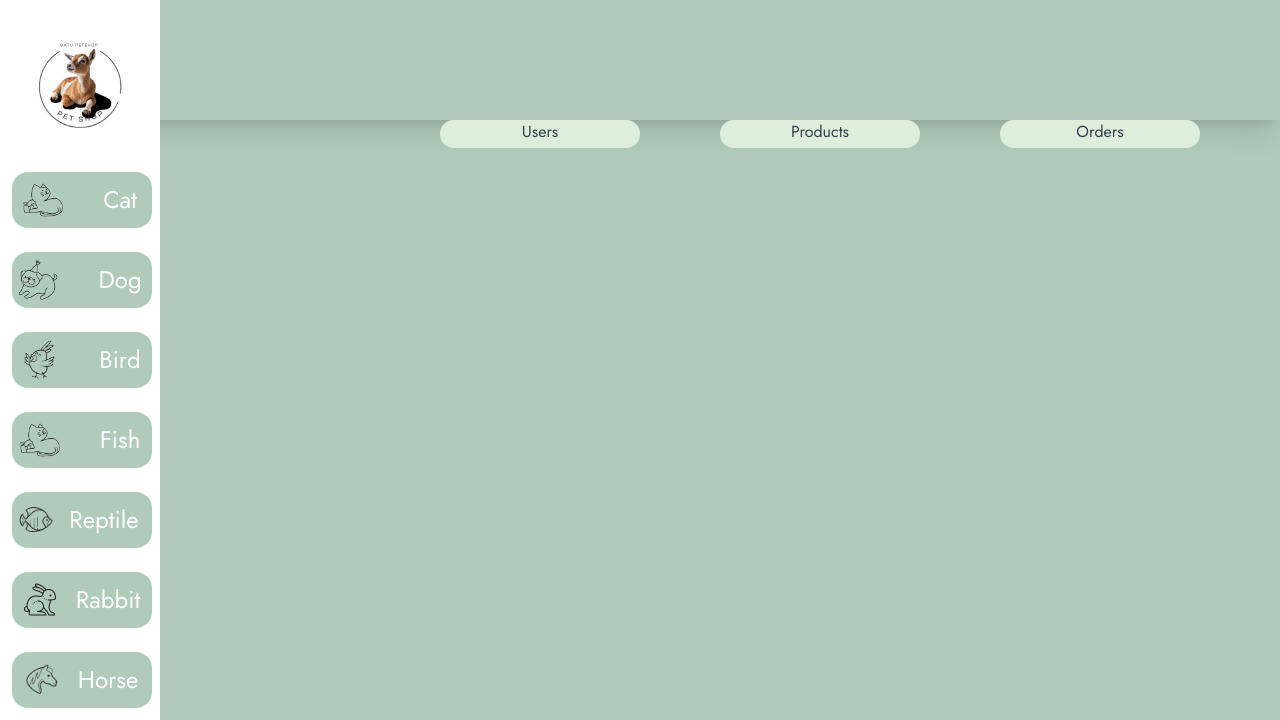
Repository: batu-call/batu-petshop
Page: /main (app in petshopp-appAdmin/admin/)
The author's editor kept a copy of each file at every save. The page is drawn from the files as they stood at one save, then again after the next save.
The browser window is 1280 px wide. The pictures show the whole page.
The project was rebuilt for these pictures with package versions that can differ from the ones it lists, and the page was loaded fresh each time. The framework's server and built-in components were replaced by stand-ins that run in the browser. Also part of the build but not shown: petshopp-appAdmin/admin/next.config.ts.

Above is the page before, as saved 2025-09-20 00:22:38.

### petshopp-appAdmin/admin/src/app/layout.tsx
import type { Metadata } from "next";
import { Jost } from 'next/font/google';
import "./globals.css";

const jost = Jost({
  subsets: ['latin'],
  weight: ['400', '500', '700'],
});


export const metadata: Metadata = {
  title: "Batu Petshop AdminPanel",
  description: "Generated by create next app",
   icons: {
    icon: '/favicon.ico',
  },
};

export default function RootLayout({
  children,
}: Readonly<{
  children: React.ReactNode;
}>) {
  return (
    <html lang="en">
      <body
        className={`antialiased ${jost.className}`}
      >
        {children}
      </body>
    </html>
  );
}

### petshopp-appAdmin/admin/src/app/main/layout.tsx
import Main from "./controller/Main"

export default function MainLayout({ children }: { children: React.ReactNode }) {
  return <Main>{children}</Main>
}

### petshopp-appAdmin/admin/src/app/main/page.tsx
import React from 'react'
import Main from './controller/Main'


const page = () => {
  return (
    <div>
        <Main />
    </div>
  )
}

export default page

### petshopp-appAdmin/admin/src/app/globals.css
@import "tailwindcss";
@import "tw-animate-css";

@custom-variant dark (&:is(.dark *));

@layer utilities {
  .bg-primary {
    background-color: #B1CBBB;
  }
  .bg-secondary {
    background-color: #DDEEDD;
  }
  .bg-secondary_20 {
    background-color: rgba(221, 238, 221, 0.2);
  }
  .text-jost {
    font-family: 'Jost',sans-serif;
  }
  .text-color {
    color: #393E46;
  }
  .text-color2 {
    color: #B1CBBB;
  }
}

body {
  font-family: 'Jost', Arial, Helvetica, sans-serif
}

@theme inline {
  --radius-sm: calc(var(--radius) - 4px);
  --radius-md: calc(var(--radius) - 2px);
  --radius-lg: var(--radius);
  --radius-xl: calc(var(--radius) + 4px);
  --color-background: var(--background);
  --color-foreground: var(--foreground);
  --color-card: var(--card);
  --color-card-foreground: var(--card-foreground);
  --color-popover: var(--popover);
  --color-popover-foreground: var(--popover-foreground);
  --color-primary: var(--primary);
  --color-primary-foreground: var(--primary-foreground);
  --color-secondary: var(--secondary);
  --color-secondary-foreground: var(--secondary-foreground);
  --color-muted: var(--muted);
  --color-muted-foreground: var(--muted-foreground);
  --color-accent: var(--accent);
  --color-accent-foreground: var(--accent-foreground);
  --color-destructive: var(--destructive);
  --color-border: var(--border);
  --color-input: var(--input);
  --color-ring: var(--ring);
  --color-chart-1: var(--chart-1);
  --color-chart-2: var(--chart-2);
  --color-chart-3: var(--chart-3);
  --color-chart-4: var(--chart-4);
  --color-chart-5: var(--chart-5);
  --color-sidebar: var(--sidebar);
  --color-sidebar-foreground: var(--sidebar-foreground);
  --color-sidebar-primary: var(--sidebar-primary);
  --color-sidebar-primary-foreground: var(--sidebar-primary-foreground);
  --color-sidebar-accent: var(--sidebar-accent);
  --color-sidebar-accent-foreground: var(--sidebar-accent-foreground);
  --color-sidebar-border: var(--sidebar-border);
  --color-sidebar-ring: var(--sidebar-ring);
}

:root {
  --radius: 0.625rem;
  --background: oklch(1 0 0);
  --foreground: oklch(0.145 0 0);
  --card: oklch(1 0 0);
  --card-foreground: oklch(0.145 0 0);
  --popover: oklch(1 0 0);
  --popover-foreground: oklch(0.145 0 0);
  --primary: oklch(0.205 0 0);
  --primary-foreground: oklch(0.985 0 0);
  --secondary: oklch(0.97 0 0);
  --secondary-foreground: oklch(0.205 0 0);
  --muted: oklch(0.97 0 0);
  --muted-foreground: oklch(0.556 0 0);
  --accent: oklch(0.97 0 0);
  --accent-foreground: oklch(0.205 0 0);
  --destructive: oklch(0.577 0.245 27.325);
  --border: oklch(0.922 0 0);
  --input: oklch(0.922 0 0);
  --ring: oklch(0.708 0 0);
  --chart-1: oklch(0.646 0.222 41.116);
  --chart-2: oklch(0.6 0.118 184.704);
  --chart-3: oklch(0.398 0.07 227.392);
  --chart-4: oklch(0.828 0.189 84.429);
  --chart-5: oklch(0.769 0.188 70.08);
  --sidebar: oklch(0.985 0 0);
  --sidebar-foreground: oklch(0.145 0 0);
  --sidebar-primary: oklch(0.205 0 0);
  --sidebar-primary-foreground: oklch(0.985 0 0);
  --sidebar-accent: oklch(0.97 0 0);
  --sidebar-accent-foreground: oklch(0.205 0 0);
  --sidebar-border: oklch(0.922 0 0);
  --sidebar-ring: oklch(0.708 0 0);
}

.dark {
  --background: oklch(0.145 0 0);
  --foreground: oklch(0.985 0 0);
  --card: oklch(0.205 0 0);
  --card-foreground: oklch(0.985 0 0);
  --popover: oklch(0.205 0 0);
  --popover-foreground: oklch(0.985 0 0);
  --primary: oklch(0.922 0 0);
  --primary-foreground: oklch(0.205 0 0);
  --secondary: oklch(0.269 0 0);
  --secondary-foreground: oklch(0.985 0 0);
  --muted: oklch(0.269 0 0);
  --muted-foreground: oklch(0.708 0 0);
  --accent: oklch(0.269 0 0);
  --accent-foreground: oklch(0.985 0 0);
  --destructive: oklch(0.704 0.191 22.216);
  --border: oklch(1 0 0 / 10%);
  --input: oklch(1 0 0 / 15%);
  --ring: oklch(0.556 0 0);
  --chart-1: oklch(0.488 0.243 264.376);
  --chart-2: oklch(0.696 0.17 162.48);
  --chart-3: oklch(0.769 0.188 70.08);
  --chart-4: oklch(0.627 0.265 303.9);
  --chart-5: oklch(0.645 0.246 16.439);
  --sidebar: oklch(0.205 0 0);
  --sidebar-foreground: oklch(0.985 0 0);
  --sidebar-primary: oklch(0.488 0.243 264.376);
  --sidebar-primary-foreground: oklch(0.985 0 0);
  --sidebar-accent: oklch(0.269 0 0);
  --sidebar-accent-foreground: oklch(0.985 0 0);
  --sidebar-border: oklch(1 0 0 / 10%);
  --sidebar-ring: oklch(0.556 0 0);
}

@layer base {
  * {
    @apply border-border outline-ring/50;
  }
  body {
    @apply bg-background text-foreground;
  }
}

### petshopp-appAdmin/admin/src/app/main/controller/Main.tsx
import React from 'react'
import Navbar from '../../Navbar/page'
import Sidebar from '../../Sidebar/page'



const Main = () => {
  return (
    <div className='w-full h-screen bg-primary'>
      {/* Navbar */}
      <Navbar />
      {/* Catgeory */}
      <Sidebar />
    </div>
  )
}

export default Main

### petshopp-appAdmin/admin/src/app/Navbar/page.tsx
import React from 'react'
import Link from 'next/link'
import Image from 'next/image'
import { Button } from "@/components/ui/button"



const page = () => {
  return (
    <div>
        <Link href={"/main"}>
      <div className='w-full h-30 bg-primary shadow-xl'>
        <div className='ml-12'>
        <Button className='absolute'>Button</Button>
      </div>
      <div className='fixed'>
        <Image  src={"/logo.png"} alt='main-icon' width={500} height={500} className='flex justify-center items-center w-40 h-40'/>
      </div>
      </div>
      </Link>
      <div className='flex gap-20 items-center justify-center absolute right-20'>
        <div className='w-50 h-7 rounded-xl bg-secondary'>
        <h3 className='items-center flex justify-center text-color text-jost'>Users</h3>
        </div>
        <div className='w-50 h-7 rounded-xl bg-secondary'>
        <h3 className='items-center flex justify-center text-color text-jost'>Products</h3>
        </div>
        <div className='w-50 h-7 rounded-xl bg-secondary'>
        <h3 className='items-center flex justify-center text-color text-jost'>Orders</h3>
        </div>
      </div>
    </div>
  )
}

export default page

### petshopp-appAdmin/admin/src/app/Sidebar/page.tsx
import React from 'react'
import Link from 'next/link'
import Image from 'next/image'

const page = () => {
  return (
    <div>
        <div className='w-40 h-screen bg-white fixed mt-7'>
        {/* Cat */}
        <Link href={"/Cat"}>
      <div className='bg-primary inline-block p-2 items-center mt-6 ml-3 rounded-2xl w-35'>
        <div className='flex gap-9 items-center justify-center'>
       <Image src="/cat_7721779.png" alt='cat-image'
       height={40}
       width={40}
       />
       <h2 className='text-2xl text-jost text-white p-1'>Cat</h2>
      </div>
      </div>
      </Link>
      {/* Dog */}
         <Link href={"/Dog"}>
       <div className='bg-primary inline-block p-2 items-center mt-6 ml-3 rounded-2xl w-35'>
        <div className='flex gap-9 items-center justify-center'>
       <Image src="/dog.png" alt='cat-image'
       height={40}
       width={40}
       />
       <h2 className='text-2xl text-jost text-white p-1'>Dog</h2>
      </div>
      </div>
      </Link>
      {/* BİRD */}
         <Link href={"/Bird"}>
       <div className='bg-primary inline-block p-2 items-center mt-6 ml-3 rounded-2xl w-35'>
        <div className='flex gap-9 items-center justify-center'>
       <Image src="/bird.png" alt='cat-image'
       height={40}
       width={40}
       />
       <h2 className='text-2xl text-jost text-white p-1'>Bird</h2>
      </div>
      </div>
      </Link>
      {/* FİSH */}
         <Link href={"/Fish"}>
       <div className='bg-primary inline-block p-2 items-center mt-6 ml-3 rounded-2xl w-35'>
        <div className='flex gap-9 items-center justify-center'>
       <Image src="/cat_7721779.png" alt='cat-image'
       height={40}
       width={40}
       />
       <h2 className='text-2xl text-jost text-white p-1'>Fish</h2>
      </div>
      </div>
      </Link>
      {/* Reptile */}
         <Link href={"/Reptile"}>
       <div className='bg-primary inline-block p-2 items-center mt-6 ml-3 rounded-2xl w-35'>
        <div className='flex gap-3 items-center justify-center'>
       <Image src="/fish.png" alt='cat-image'
       height={40}
       width={40}
       />
       <h2 className='text-2xl text-jost text-white mr-2'>Reptile</h2>
      </div>
      </div>
      </Link>
      {/* Rabbit */}
         <Link href={"/Rabbit"}>
       <div className='bg-primary inline-block p-2 items-center mt-6 ml-3 rounded-2xl w-35'>
        <div className='flex gap-3 items-center justify-center'>
       <Image src="/rabbit2.png" alt='cat-image'
       height={40}
       width={40}
       />
       <h2 className='text-2xl text-jost text-white p-1'>Rabbit</h2>
      </div>
      </div>
      </Link>
      {/* Horse */}
         <Link href={"/Horse"}>
       <div className='bg-primary inline-block p-2 items-center mt-6 ml-3 rounded-2xl w-35'>
        <div className='flex gap-3 items-center justify-center'>
       <Image src="/horse.png" alt='cat-image'
       height={40}
       width={40}
       />
       <h2 className='text-2xl text-jost text-white p-1'>Horse</h2>
      </div>
      </div>
      </Link>
      {/* Contact */}
         <Link href={"/Contact"}>
       <div className='bg-primary inline-block p-2 items-center mt-6 ml-3 rounded-2xl w-35'>
        <div className='flex gap-3 items-center justify-center'>
       <h2 className='text-2xl text-jost text-white p-1'>Contact</h2>
      </div>
      </div>
      </Link>
      {/* +category */}
       <div className='bg-primary inline-block p-2 items-center mt-6 ml-3 rounded-2xl w-35'>
        <div className='flex gap-3 items-center justify-center'>
       <h2 className='text-2xl text-jost text-white p-1'>+category</h2>
      </div>
      </div>
    </div>
    </div>
  )
}

export default page

### petshopp-appAdmin/admin/src/components/ui/button.tsx
import * as React from "react"
import { Slot } from "@radix-ui/react-slot"
import { cva, type VariantProps } from "class-variance-authority"

import { cn } from "@/lib/utils"

const buttonVariants = cva(
  "inline-flex items-center justify-center gap-2 whitespace-nowrap rounded-md text-sm font-medium transition-all disabled:pointer-events-none disabled:opacity-50 [&_svg]:pointer-events-none [&_svg:not([class*='size-'])]:size-4 shrink-0 [&_svg]:shrink-0 outline-none focus-visible:border-ring focus-visible:ring-ring/50 focus-visible:ring-[3px] aria-invalid:ring-destructive/20 dark:aria-invalid:ring-destructive/40 aria-invalid:border-destructive",
  {
    variants: {
      variant: {
        default: "bg-primary text-primary-foreground hover:bg-primary/90",
        destructive:
          "bg-destructive text-white hover:bg-destructive/90 focus-visible:ring-destructive/20 dark:focus-visible:ring-destructive/40 dark:bg-destructive/60",
        outline:
          "border bg-background shadow-xs hover:bg-accent hover:text-accent-foreground dark:bg-input/30 dark:border-input dark:hover:bg-input/50",
        secondary:
          "bg-secondary text-secondary-foreground hover:bg-secondary/80",
        ghost:
          "hover:bg-accent hover:text-accent-foreground dark:hover:bg-accent/50",
        link: "text-primary underline-offset-4 hover:underline",
      },
      size: {
        default: "h-9 px-4 py-2 has-[>svg]:px-3",
        sm: "h-8 rounded-md gap-1.5 px-3 has-[>svg]:px-2.5",
        lg: "h-10 rounded-md px-6 has-[>svg]:px-4",
        icon: "size-9",
      },
    },
    defaultVariants: {
      variant: "default",
      size: "default",
    },
  }
)

function Button({
  className,
  variant,
  size,
  asChild = false,
  ...props
}: React.ComponentProps<"button"> &
  VariantProps<typeof buttonVariants> & {
    asChild?: boolean
  }) {
  const Comp = asChild ? Slot : "button"

  return (
    <Comp
      data-slot="button"
      className={cn(buttonVariants({ variant, size, className }))}
      {...props}
    />
  )
}

export { Button, buttonVariants }

Loaded but not shown: petshopp-appAdmin/admin/src/lib/utils.ts (common file)

After the next save:
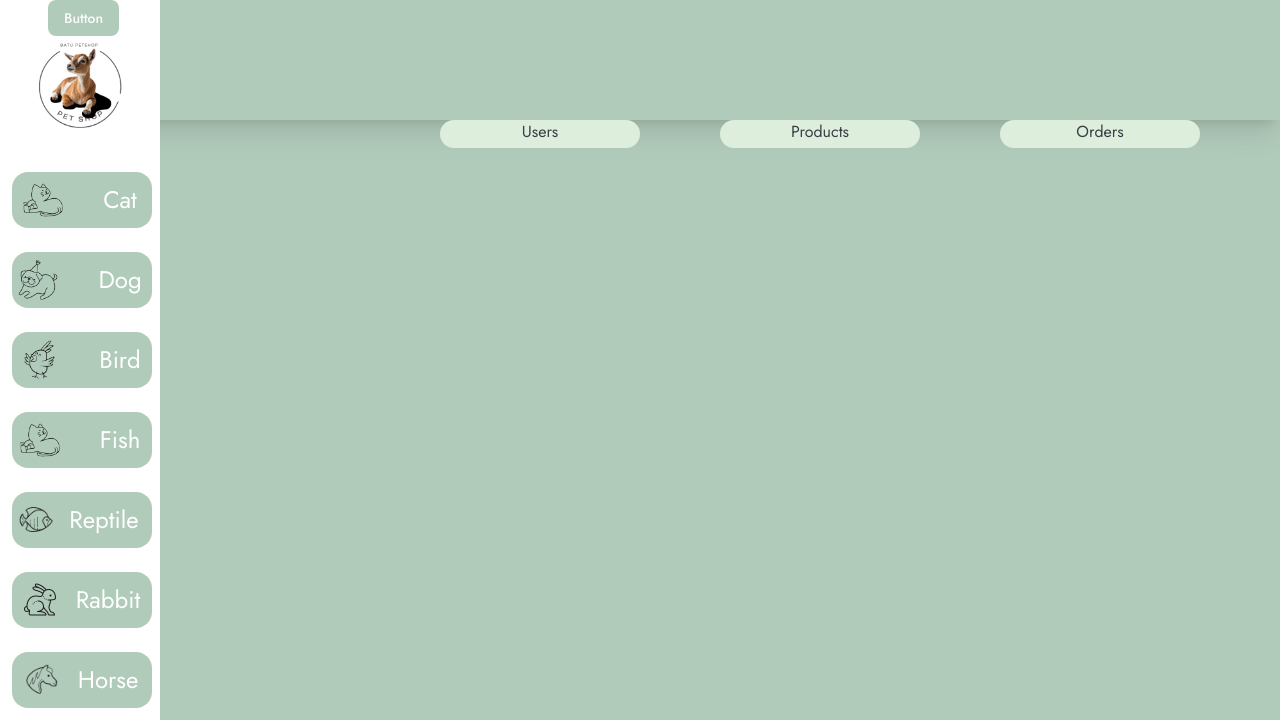
Saved 66 s later.
--- a/petshopp-appAdmin/admin/src/app/Navbar/page.tsx
+++ b/petshopp-appAdmin/admin/src/app/Navbar/page.tsx
@@ -8,16 +8,16 @@ import { Button } from "@/components/ui/button"
 const page = () => {
   return (
     <div>
+      <div className='w-full h-30 bg-primary shadow-xl'>
         <Link href={"/main"}>
-      <div className='w-full h-30 bg-primary shadow-xl'>
-        <div className='ml-12'>
-        <Button className='absolute'>Button</Button>
-      </div>
       <div className='fixed'>
         <Image  src={"/logo.png"} alt='main-icon' width={500} height={500} className='flex justify-center items-center w-40 h-40'/>
       </div>
+      </Link>
+              <div className='ml-12'>
+        <Button className='absolute'>Button</Button>
       </div>
-      </Link>
+      </div>
       <div className='flex gap-20 items-center justify-center absolute right-20'>
         <div className='w-50 h-7 rounded-xl bg-secondary'>
         <h3 className='items-center flex justify-center text-color text-jost'>Users</h3>
